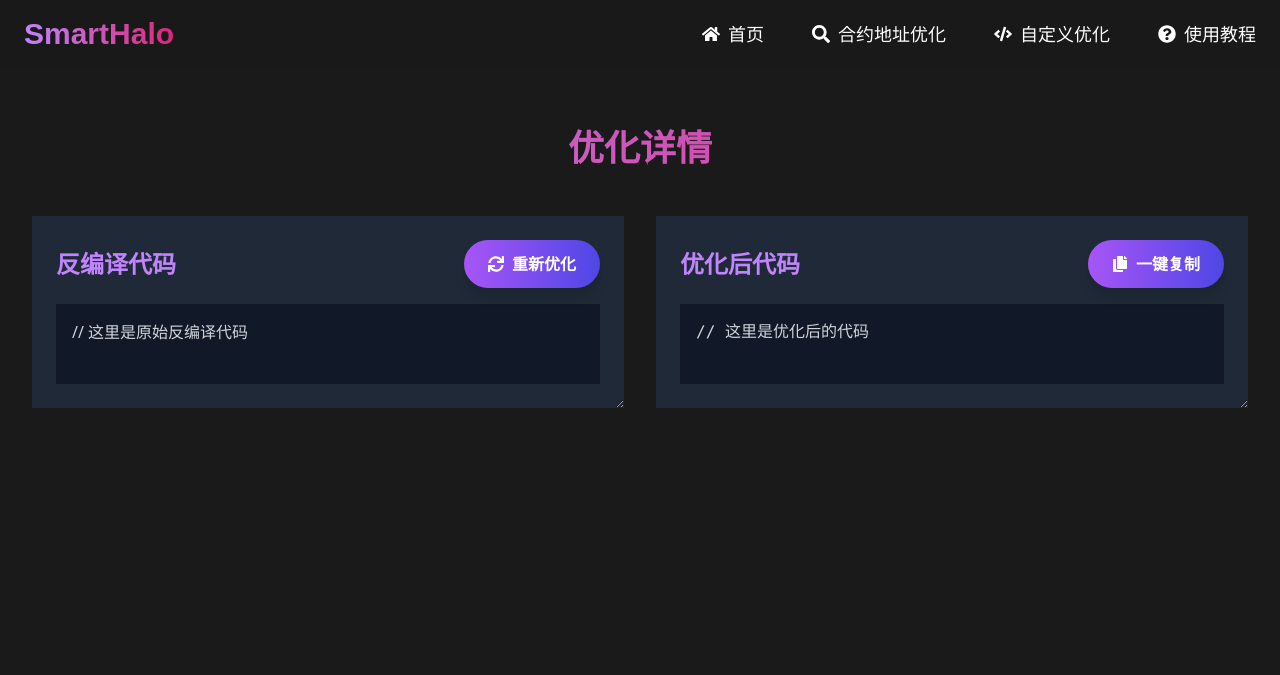
Repository: RunnerQuan/smart-halo
Page: /optimization-details
The author's editor kept a copy of each file at every save. The page is drawn from the files as they stood at one save, then again after the next save.
The browser window is 1280 px wide. The pictures show the whole page.
The project was rebuilt for these pictures with package versions that can differ from the ones it lists, and the page was loaded fresh each time. The framework's server and built-in components were replaced by stand-ins that run in the browser. Also part of the build but not shown: next.config.mjs.

Above is the page before, as saved 2024-10-18 14:53:21.

After the next save:
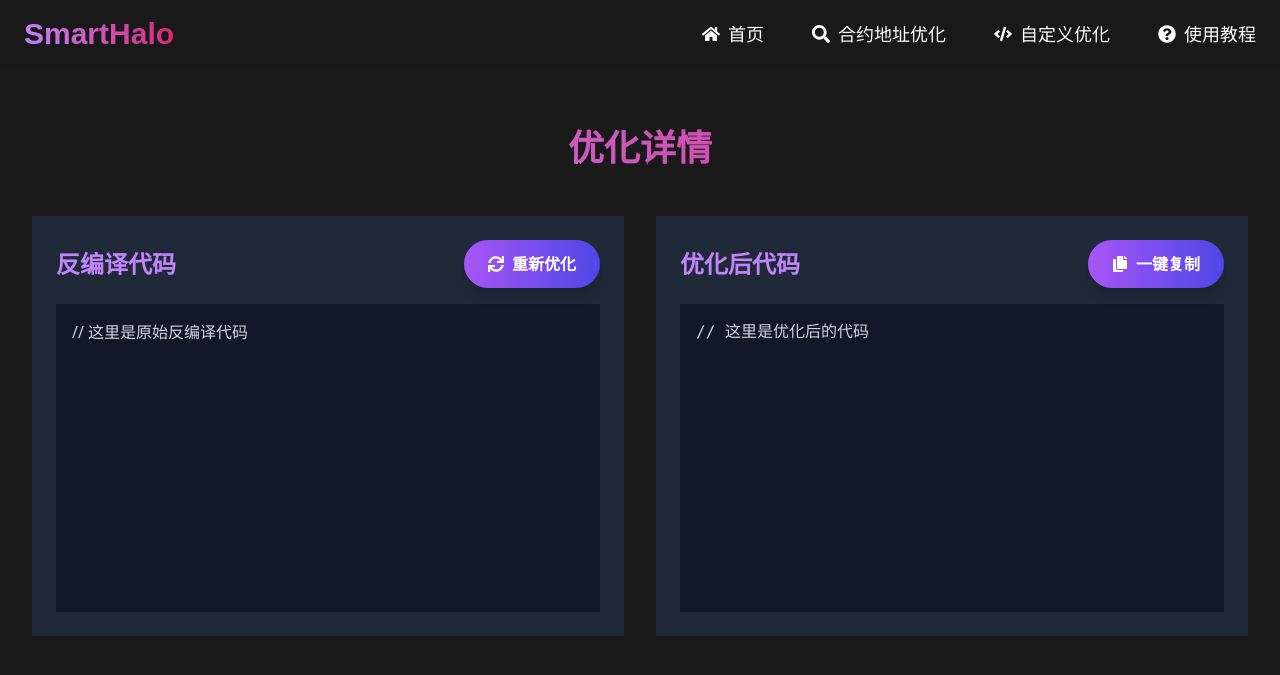
Saved 61 s later.
--- a/app/optimization-details/page.tsx
+++ b/app/optimization-details/page.tsx
@@ -149,7 +149,7 @@ export default function OptimizationDetails() {
         <div className="w-full flex flex-col md:flex-row space-y-8 md:space-y-0 md:space-x-8">
           <motion.div
             ref={leftRef}
-            className="flex-1 bg-gray-800 rounded-lg p-6 relative flex flex-col resize overflow-auto"
+            className="flex-1 bg-gray-800 rounded-lg p-6 relative flex flex-col overflow-auto h-[calc(100vh-300px)]"
             initial={{ opacity: 0, x: -50 }}
             animate={{ opacity: 1, x: 0 }}
             transition={{ duration: 0.5, delay: 0.2 }}
@@ -162,7 +162,7 @@ export default function OptimizationDetails() {
               </AnimatedButton>
             </div>
             <textarea
-              className="w-full h-full bg-gray-900 text-gray-300 p-4 rounded-lg focus:outline-none focus:ring-2 focus:ring-purple-500 resize-none"
+              className="w-full h-[calc(100vh-300px)] bg-gray-900 text-gray-300 p-4 rounded-lg focus:outline-none focus:ring-2 focus:ring-purple-500 resize-none"
               value={originalCode}
               onChange={(e) => setOriginalCode(e.target.value)}
             ></textarea>
@@ -170,7 +170,7 @@ export default function OptimizationDetails() {
 
           <motion.div
             ref={rightRef}
-            className="flex-1 bg-gray-800 rounded-lg p-6 relative flex flex-col resize overflow-auto"
+            className="flex-1 bg-gray-800 rounded-lg p-6 relative flex flex-col overflow-auto h-[calc(100vh-300px)]"
             initial={{ opacity: 0, x: 50 }}
             animate={{ opacity: 1, x: 0 }}
             transition={{ duration: 0.5, delay: 0.4 }}
@@ -182,7 +182,7 @@ export default function OptimizationDetails() {
                 一键复制
               </AnimatedButton>
             </div>
-            <pre className="w-full h-full bg-gray-900 text-gray-300 p-4 rounded-lg overflow-auto resize-none">
+            <pre className="w-full h-[calc(100vh-300px)] bg-gray-900 text-gray-300 p-4 rounded-lg overflow-auto resize-none">
               {optimizedCode}
             </pre>
           </motion.div>
